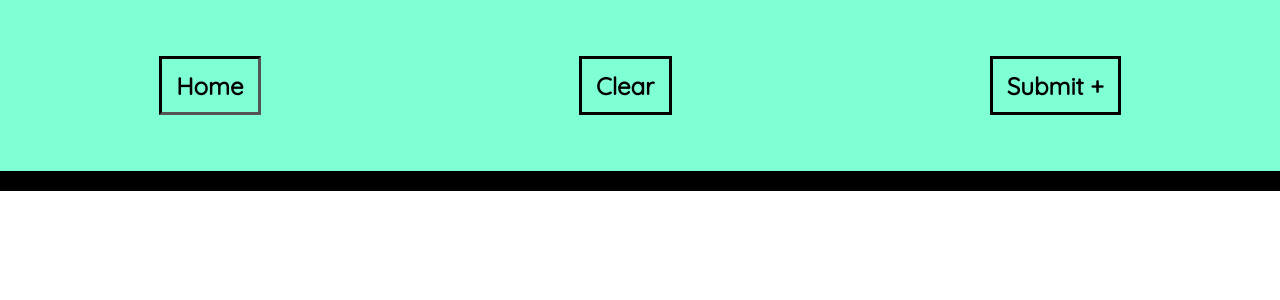
Repository: rickypcyt/WebMural
Page: /
The author's editor kept a copy of each file at every save. The page is drawn from the files as they stood at one save, then again after the next save.
The browser window is 1280 px wide. The pictures show the whole page.
The pointer rests on the first visible `.oli`.
The project was rebuilt for these pictures with package versions that can differ from the ones it lists, and the page was loaded fresh each time.

Above is the page before, as saved 2022-09-12 13:31:17.

After the next save:
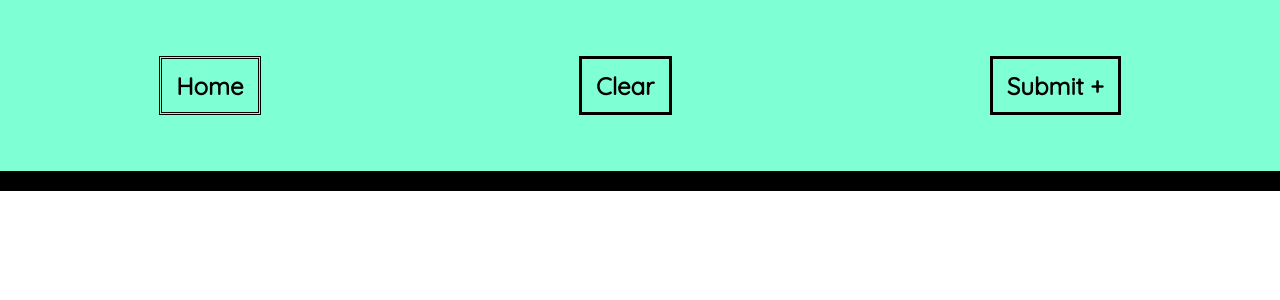
Saved 8 s later.
--- a/src/index.css
+++ b/src/index.css
@@ -70,7 +70,7 @@ ol {
 }
 .oli:hover {
   color: black;
-  border-style: inset;
+  border-style: double;
   border-color: black;
 }
 .page {
